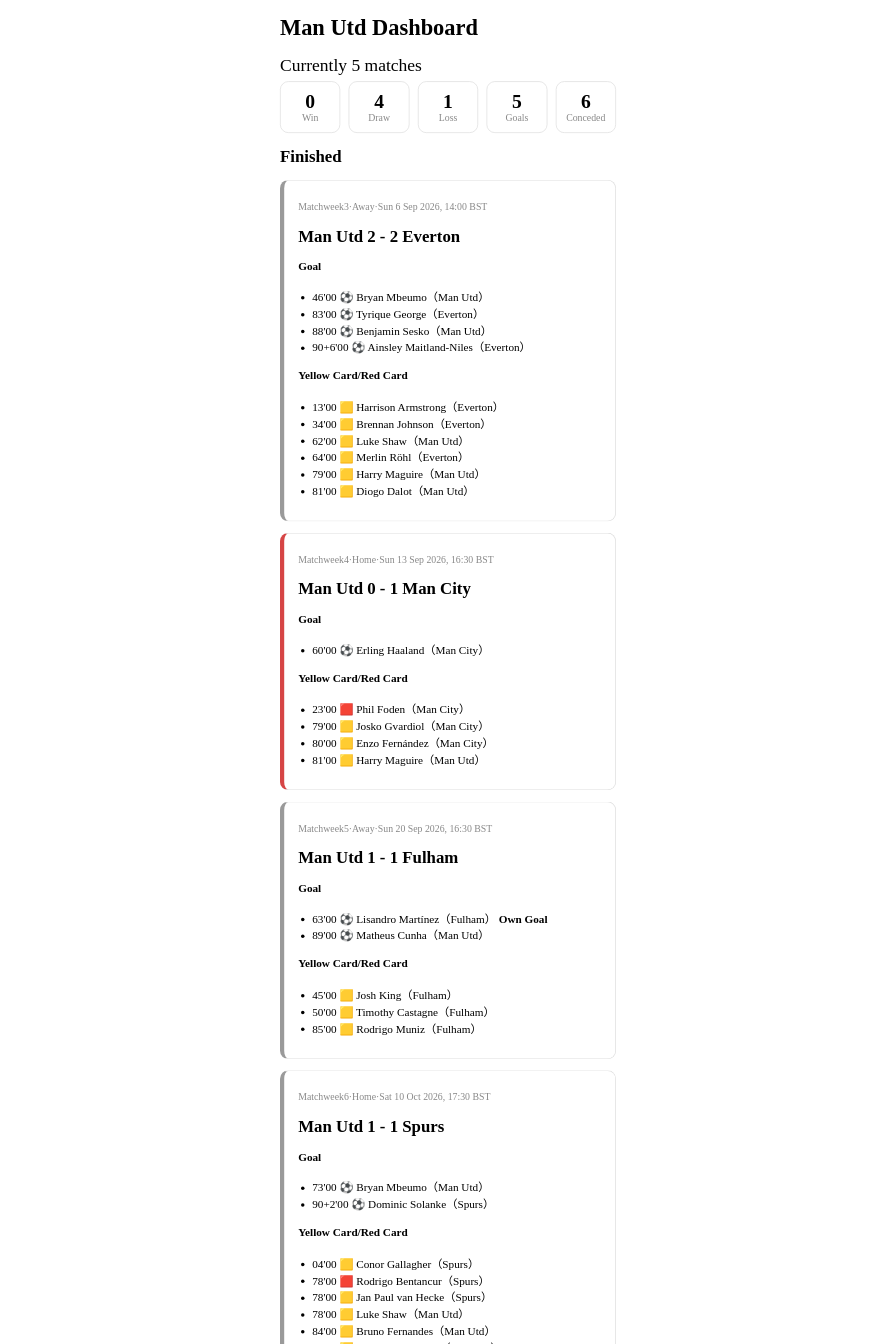
Repository: Chengyu0814/Premier-League-Dashboard
Page: / (app in frontend/)
These files come from the project's save history. The page is drawn as it stood at one moment and after the next save; the edit follows.
The browser window is 1280 px wide. The pictures show the part of the page from y = 0 to 1920 px (the page is 2932 px tall before and 720 px after), at 70% of full size.
The project was rebuilt for these pictures with package versions that can differ from the ones it lists, and the page was loaded fresh each time. Also part of the build but not shown: frontend/vite.config.js.

Above is the page before, as saved 2026-10-27 14:41:20.

After the next save:
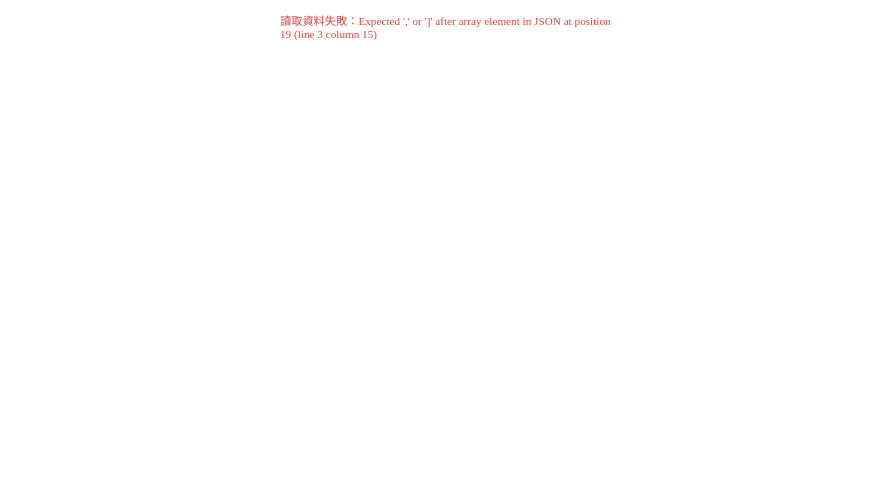
Saved 13 s later.
--- a/frontend/public/man_utd_summary.json
+++ b/frontend/public/man_utd_summary.json
@@ -1,5 +1,5 @@
 [
-  {
+
     "gameweek": 3,
     "kickoff": "Sun 6 Sep 2026, 14:00 BST",
     "status": "C",

After the save that followed:
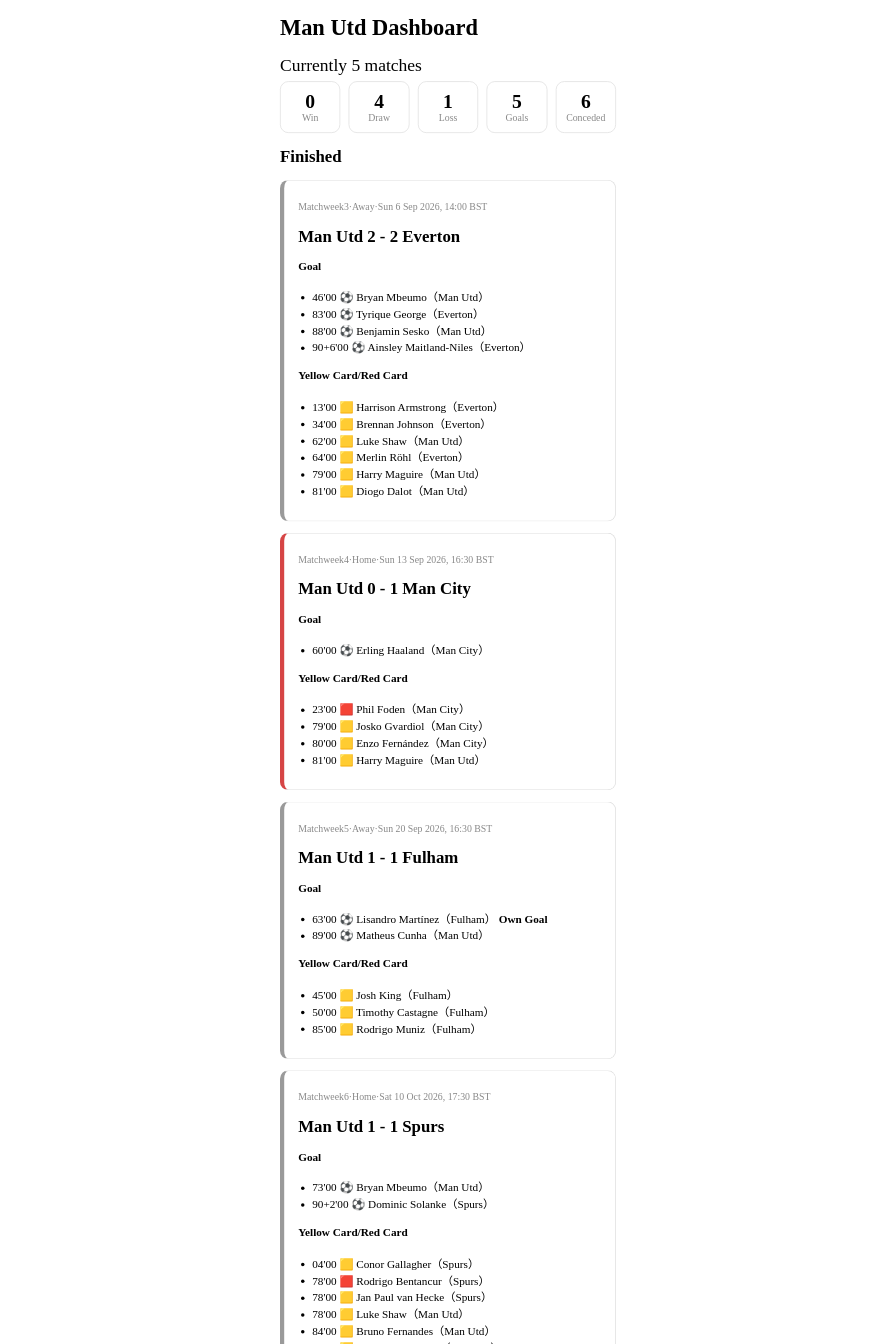
Saved 7 s later.
--- a/frontend/public/man_utd_summary.json
+++ b/frontend/public/man_utd_summary.json
@@ -1,5 +1,5 @@
 [
-
+  {
     "gameweek": 3,
     "kickoff": "Sun 6 Sep 2026, 14:00 BST",
     "status": "C",
